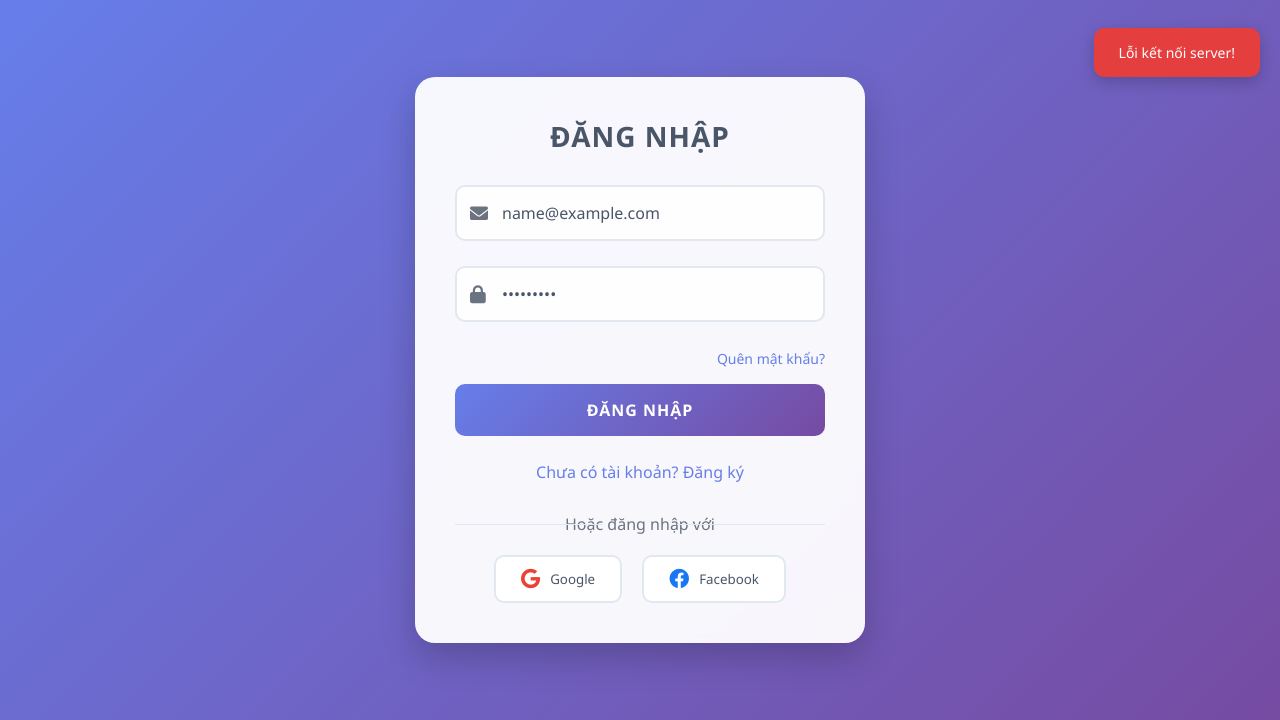
Repository: quankenda73/Prject_Final
Page: INDEX/Login.html
An editor plug-in stored every save of this project. The page is shown before and after the next save, followed by the edit.
The browser window is 1280 px wide. The pictures show the whole page.
Empty fields were first filled with sample values (such as "Sample", 5 or name@example.com).
After loading, the first visible `#loginForm` was submitted once.
The page's requests for data from a server got no answer.

Above is the page before, as saved 2025-02-26 22:25:46.

After the next save:
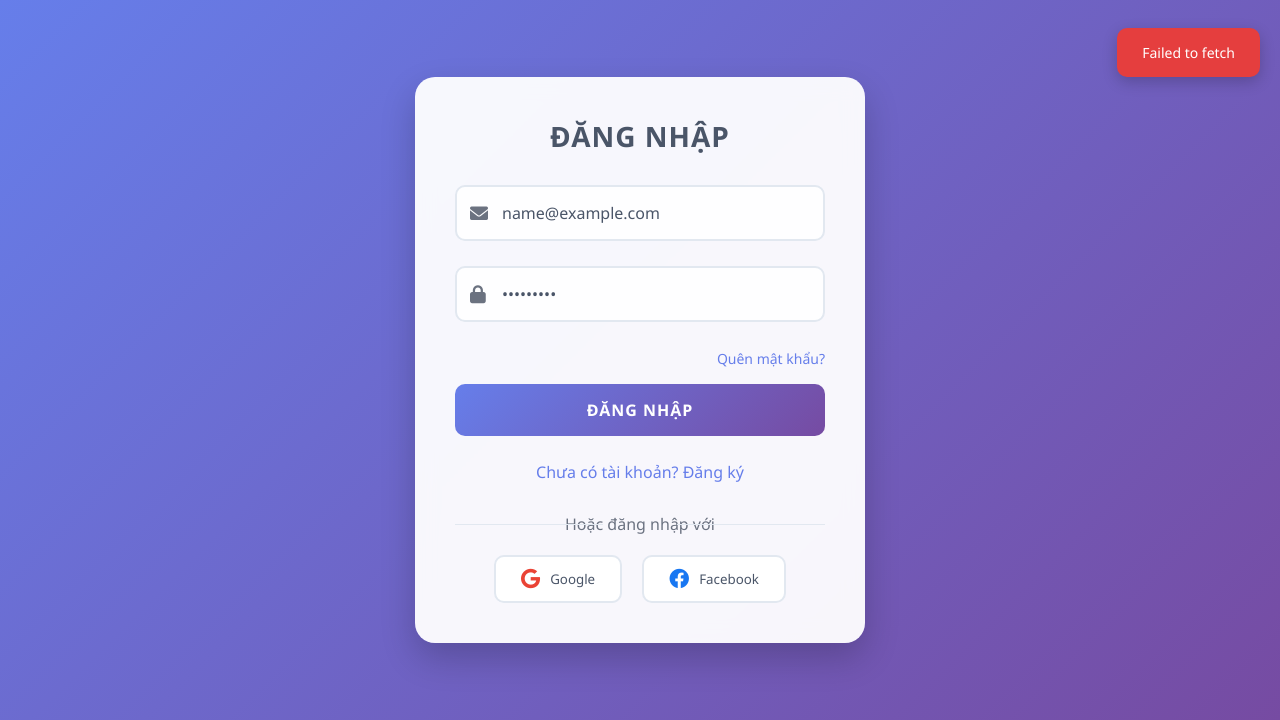
Saved 8 min 40 s later.
--- a/INDEX/Login.html
+++ b/INDEX/Login.html
@@ -281,7 +281,6 @@
             background: #764ba2;
         }
 
-        /* Notification styling */
         .notification {
             position: fixed;
             top: 20px;
@@ -480,14 +479,18 @@
                     headers: { 'Content-Type': 'application/json' },
                     body: JSON.stringify({ name, email, password })
                 });
+
+                if (!response.ok) {
+                    const errorData = await response.json();
+                    throw new Error(errorData.message || 'Lỗi không xác định từ server');
+                }
+
                 const result = await response.json();
-                showNotification(result.message, response.ok ? 'success' : 'error');
-                if (response.ok) {
-                    toggleForms();
-                }
+                showNotification(result.message, 'success');
+                toggleForms();
             } catch (error) {
                 console.error('Lỗi đăng ký:', error);
-                showNotification('Lỗi kết nối server!', 'error');
+                showNotification(error.message || 'Lỗi kết nối server!', 'error');
             }
         });
 
@@ -511,17 +514,21 @@
                     headers: { 'Content-Type': 'application/json' },
                     body: JSON.stringify({ email, password })
                 });
+
+                if (!response.ok) {
+                    const errorData = await response.json();
+                    throw new Error(errorData.message || 'Lỗi không xác định từ server');
+                }
+
                 const result = await response.json();
-                showNotification(result.message, response.ok ? 'success' : 'error');
-                if (response.ok) {
-                    localStorage.setItem('currentUser', JSON.stringify(result.user));
-                    setTimeout(() => {
-                        window.location.href = 'Home_Page.html';
-                    }, 1000);
-                }
+                showNotification(result.message, 'success');
+                localStorage.setItem('currentUser', JSON.stringify(result.user));
+                setTimeout(() => {
+                    window.location.href = 'Home_Page.html';
+                }, 1000);
             } catch (error) {
                 console.error('Lỗi đăng nhập:', error);
-                showNotification('Lỗi kết nối server!', 'error');
+                showNotification(error.message || 'Lỗi kết nối server!', 'error');
             }
         });
 
@@ -542,14 +549,18 @@
                     headers: { 'Content-Type': 'application/json' },
                     body: JSON.stringify({ email })
                 });
+
+                if (!response.ok) {
+                    const errorData = await response.json();
+                    throw new Error(errorData.message || 'Lỗi không xác định từ server');
+                }
+
                 const result = await response.json();
-                showNotification(result.message, response.ok ? 'success' : 'error');
-                if (response.ok) {
-                    showResetPasswordForm();
-                }
+                showNotification(result.message, 'success');
+                showResetPasswordForm();
             } catch (error) {
                 console.error('Lỗi quên mật khẩu:', error);
-                showNotification('Lỗi kết nối server!', 'error');
+                showNotification(error.message || 'Lỗi kết nối server!', 'error');
             }
         });
 
@@ -575,14 +586,18 @@
                     headers: { 'Content-Type': 'application/json' },
                     body: JSON.stringify({ email, resetCode, newPassword })
                 });
+
+                if (!response.ok) {
+                    const errorData = await response.json();
+                    throw new Error(errorData.message || 'Lỗi không xác định từ server');
+                }
+
                 const result = await response.json();
-                showNotification(result.message, response.ok ? 'success' : 'error');
-                if (response.ok) {
-                    showLoginForm();
-                }
+                showNotification(result.message, 'success');
+                showLoginForm();
             } catch (error) {
                 console.error('Lỗi đặt lại mật khẩu:', error);
-                showNotification('Lỗi kết nối server!', 'error');
+                showNotification(error.message || 'Lỗi kết nối server!', 'error');
             }
         });
 
